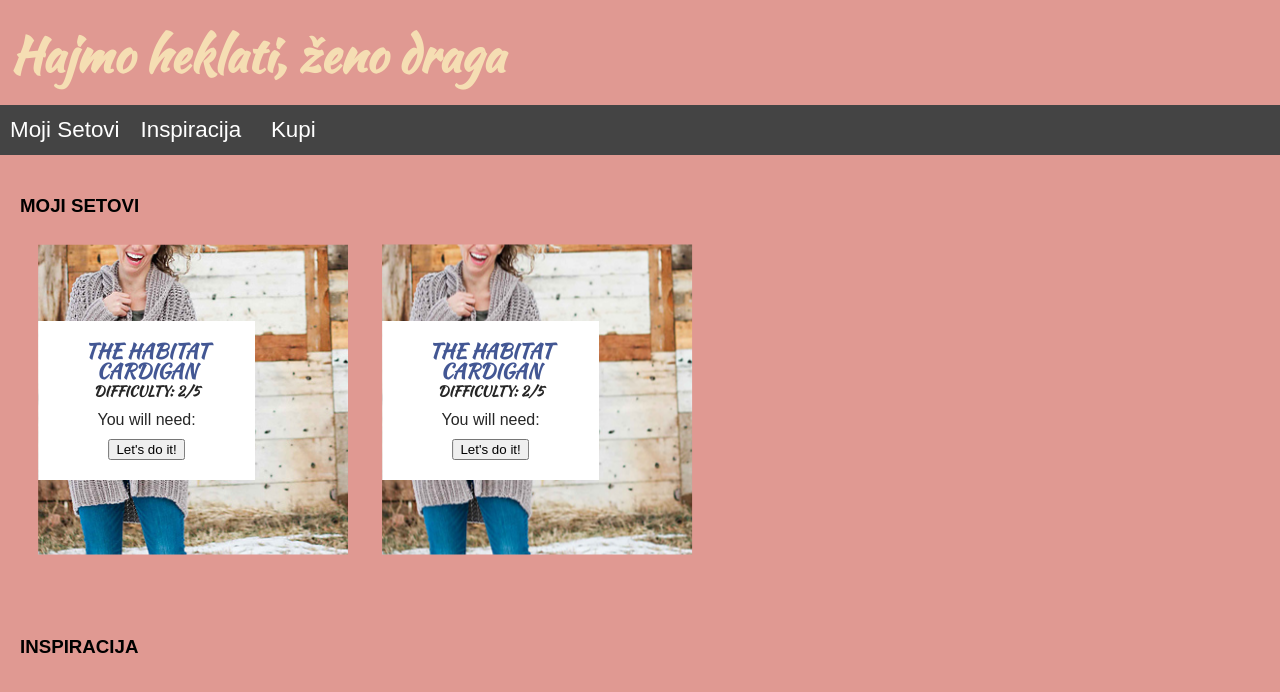
Repository: sdnc/Heklamo
Page: index.html
An editor plug-in stored every save of this project. The page is shown before and after the next save, followed by the edit.
The browser window is 1280 px wide. The pictures show the whole page.

Above is the page before, as saved 2020-12-24 14:55:46.
Console error: ReferenceError: $ is not defined

### index.html
<html>

<head>
  <meta charset="UTF-8" />
  <meta name="viewport" content="width=device-width, initial-scale=1.0" />
  <title>Heklamo</title>
  <link rel="preconnect" href="https://fonts.gstatic.com">
<link href="https://fonts.googleapis.com/css2?family=Kaushan+Script&display=swap" rel="stylesheet">
  <link href="https://maxcdn.bootstrapcdn.com/font-awesome/4.7.0/css/font-awesome.min.css" rel="stylesheet">
  <link rel="stylesheet" href="styles.css" />
  <script src="https://unpkg.com/vue@next" defer></script>
  <script src="app.js" defer></script>
</head>

<body>
  <!--1) -->
  <!--2) -->
  <section id="header">
    <h1>Hajmo heklati, ženo draga</h1>
  </section>
  <section class="nav">
    <ul>
      <li class="setove"><a href="#">Moji Setovi</a></li>
      <li class="inspiracija"><a href="#">Inspiracija</a></li>
      <li class="kupi"><a href="#">Kupi</a></li>
    </ul>
  </section>
    <section id="sets" class="divider">
      <h3>MOJI SETOVI</h3>
    <div class="card">
      <div class="image">
        <img
          src="img/habitatcardigan.jpg" />
      </div>
      <div class="details">
        <div class="center">
          <h1>The Habitat Cardigan<br><span>Difficulty: 2/5</span></h1>
          <p>You will need:</p>
          <button>Let's do it!</button>
        </div>
      </div>
    </div>

    <div class="card">
      <div class="image">
        <img src="img/habitatcardigan.jpg" />
      </div>
      <div class="details">
        <div class="center">
          <h1>The Habitat Cardigan<br><span>Difficulty: 2/5</span></h1>
          <p>You will need:</p>
          <button>Let's do it!</button>
        </div>
      </div>
    </div>
  </section>

  <section id="inspiration" class="divider">
    <h3>INSPIRACIJA</h3>



  </section>

  <section id="buy" class="divider">

  </section>

  <script>


  </script>
</body>

</html>

### styles.css
body {
  margin: 0;
  padding: 0;
  font-family: sans-serif;
  background-color: #e09992;
}

.divider {
  margin: 40px 0 30px 20px;
}

h1 {
  font-family: "Kaushan Script", sans-serif;
  font-size: 48;
  margin: 20px 0 15px 10px;
  color: wheat;
}
/* NAV BAR */

.nav ul {
  list-style: none;
  background-color: #444;
  text-align: left;
  padding: 0;
  margin: 0;
}
.nav li {
  font-family: 'Oswald', sans-serif;
  font-size: 1em;
  padding-left: 10px;
  line-height: 40px;
  height: 40px;
  border-bottom: 1px solid #888;
}

.nav a {
  text-decoration: none;
  color: #fff;
  display: block;
  transition: .3s background-color;
}

.nav a:hover {
  background-color: #005f5f;
}
/*
.nav a.active {
  background-color: #fff;
  color: #444;
  cursor: default;
} */

@media screen and (min-width: 600px) {
  .nav li {
    width: 120px;
    border-bottom: none;
    height: 50px;
    line-height: 50px;
    font-size: 1.4em;
  }

  /* Option 1 - Display Inline */
  .nav li {
    display: inline-block;
    margin-right: -4px;
  }

/* MY SETS - section */
.card {
  margin: 5px 15px;
  display: inline-block;
  transform: translate(1%,1%);
  width: 310px;
  height: 350px;
}
.image {
  width: 310px;
  height: 350px;
  overflow: hidden;
}
.card .image img {
  width: 100%;
  transition: .5s;
}
.card:hover .image img {
  opacity: .5;
  transform: translateX(30%);/*100%*/
}
.card .details {
  position: absolute;
  top: 0;
  left: 0;
  width: 70%;/*100%*/
  height: 89%;
  background: #7ca9e0;
  transition: .5s;
  transform-origin: left;
  transform: perspective(2000px) rotateY(-90deg);
}
.card:hover .details {
  transform: perspective(2000px) rotateY(0deg);
}
.card .details .center {
  padding: 20px;
  text-align: center;
  background: #fff;
  position: absolute;
  top: 50%;
  transform: translateY(-50%);
}
.card .details .center h1 {
  margin: 0;
  padding: 0;
  color: #435794;
  line-height: 20px;
  font-size: 20px;
  text-transform: uppercase;
}
.card .details .center h1 span {
  font-size: 14px;
  color: #262626;
}
.card .details .center p {
  margin: 10px 0;
  padding: 0;
  color: #262626;
}

/* INPIRATION SECTION */

### app.js
$('#recipeCarousel').carousel({
    interval: 10000
  })

  $('.carousel .carousel-item').each(function(){
      var minPerSlide = 3;
      var next = $(this).next();
      if (!next.length) {
      next = $(this).siblings(':first');
      }
      next.children(':first-child').clone().appendTo($(this));

      for (var i=0;i<minPerSlide;i++) {
          next=next.next();
          if (!next.length) {
              next = $(this).siblings(':first');
            }

          next.children(':first-child').clone().appendTo($(this));
        }
  });

After the next save:
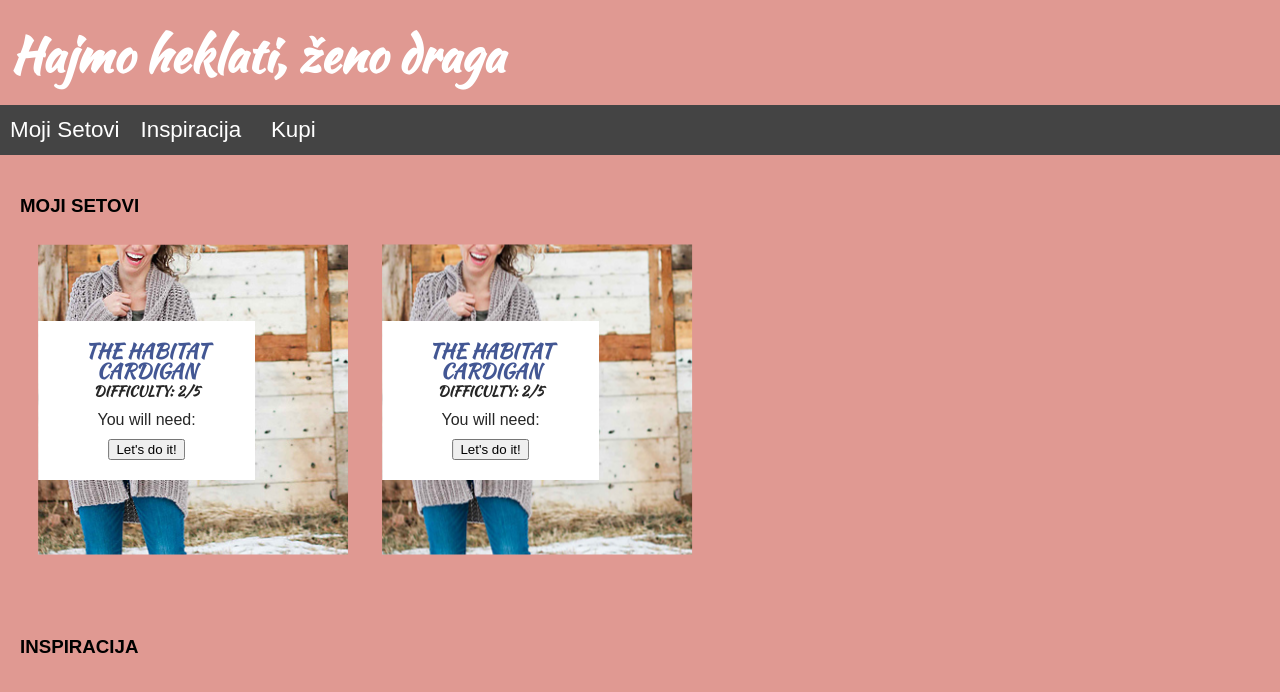
Saved 6 s later.
--- a/styles.css
+++ b/styles.css
@@ -13,7 +13,7 @@ h1 {
   font-family: "Kaushan Script", sans-serif;
   font-size: 48;
   margin: 20px 0 15px 10px;
-  color: wheat;
+  color: white;
 }
 /* NAV BAR */
 
